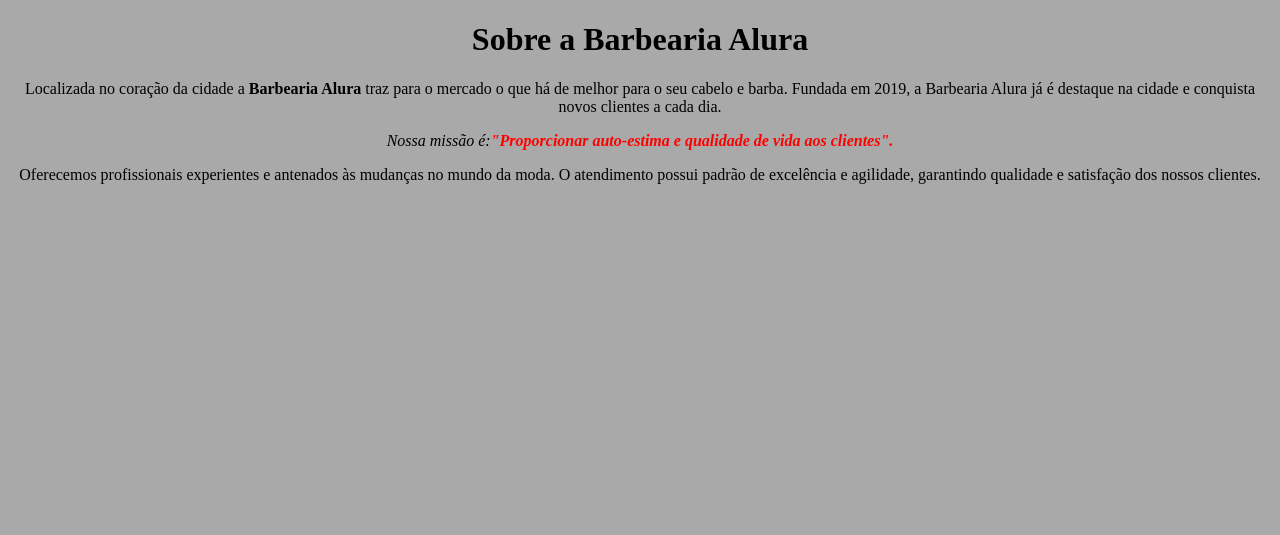
Repository: AnaBerlanda/AulaAlura
Page: index.html
These files come from the project's save history. The page is drawn as it stood at one moment and after the next save; the edit follows.
The browser window is 1280 px wide. The pictures show the whole page.

Above is the page before, as saved 2022-04-06 10:47:06.

After the next save:
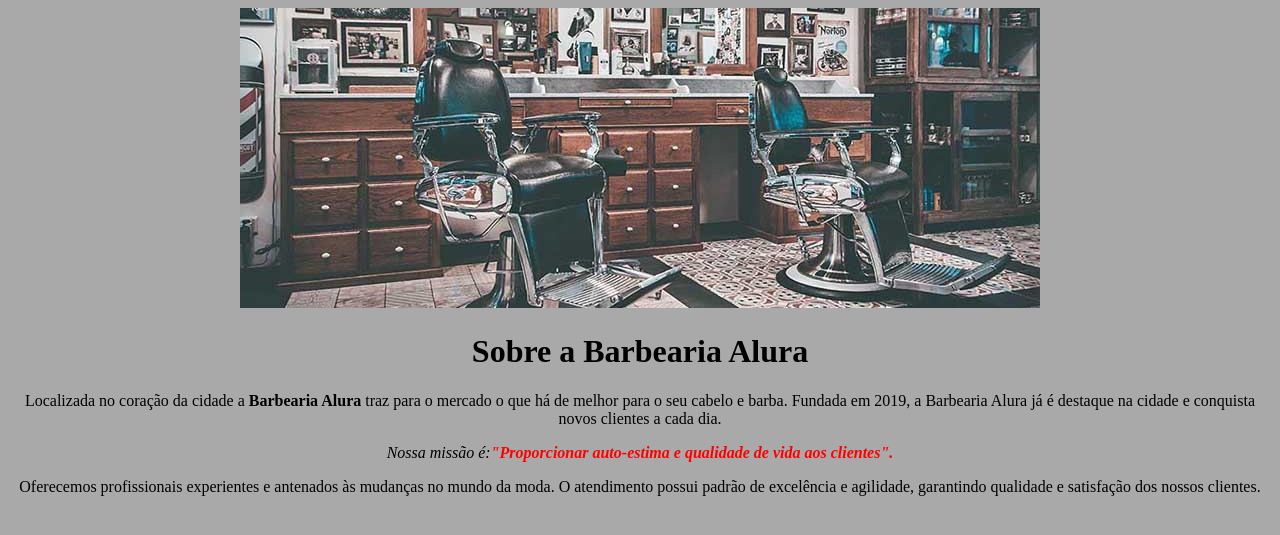
Saved 4 h 0 min later.
--- a/index.html
+++ b/index.html
@@ -7,6 +7,7 @@
     <link type="text/css" rel="stylesheet" href="index.css">
 </head>
 <body>
+    <img src="imagem/banner.jpg">
     <h1>Sobre a Barbearia Alura</h1>
     <p>Localizada no coração da cidade a <strong> Barbearia Alura</strong> traz para o mercado o que há de melhor para o seu cabelo e barba.
     Fundada em 2019, a Barbearia Alura já é destaque na cidade e conquista novos clientes a cada dia.</p>
